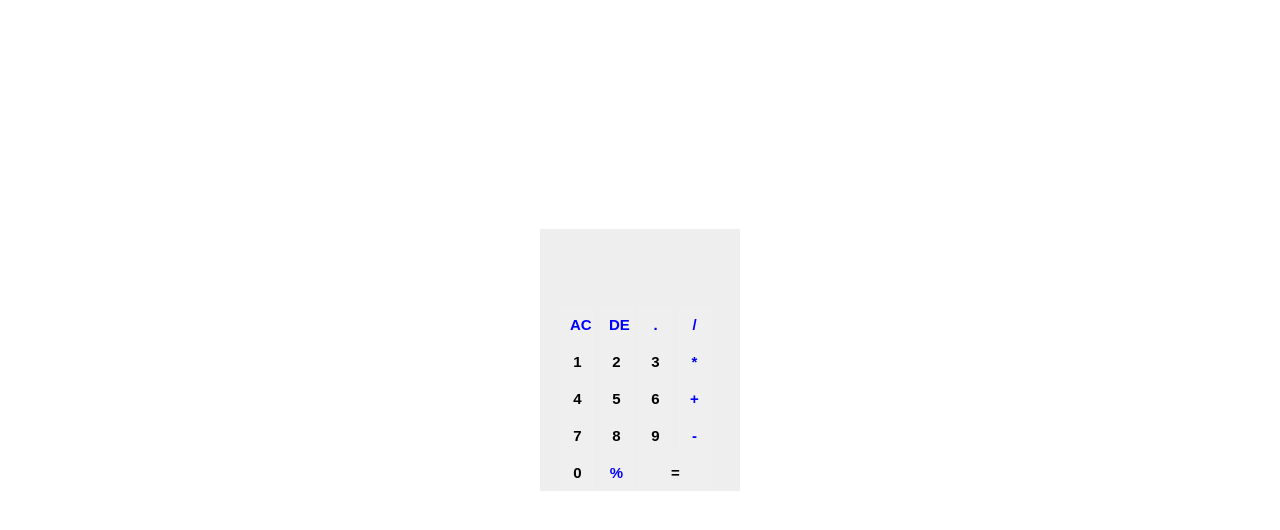
Repository: jerrys-arch/web-calculator
Page: index.html
The author's editor kept a copy of each file at every save. The page is drawn from the files as they stood at one save, then again after a run of saves.
The browser window is 1280 px wide. The pictures show the whole page.

Above is the page before, as saved 2024-11-30 05:33:05.

After the next 4 saves:
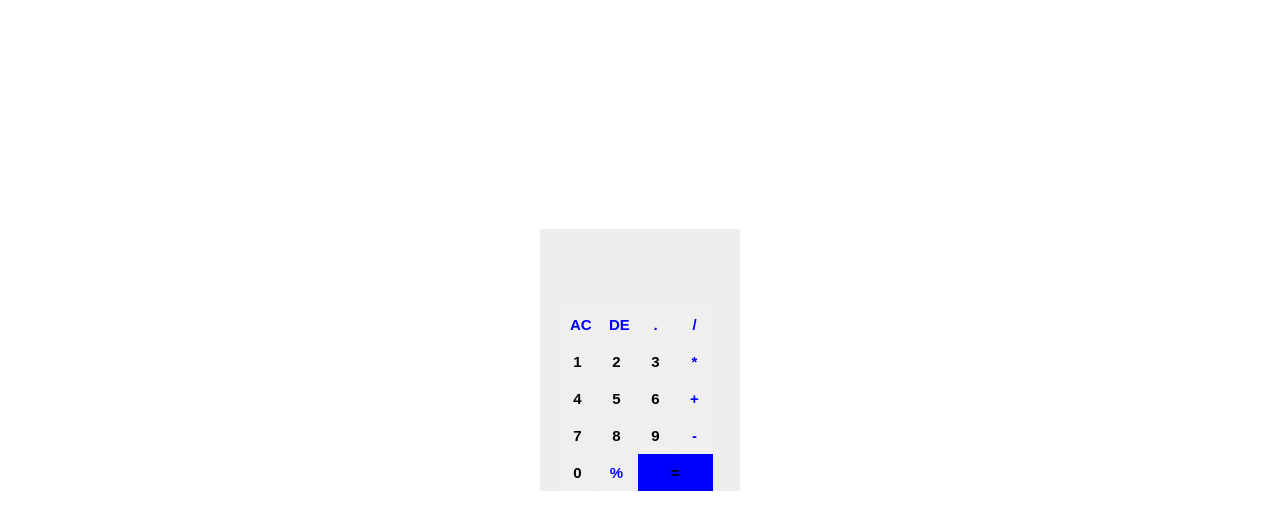
The 4 saves are shown as one change because they came seconds apart.
The last was saved 10 s later.
--- a/styles.css
+++ b/styles.css
@@ -34,7 +34,7 @@
 }
 .calculator form #equal{
     width:75px;
-
+    background: blue;
 }
 .operator{
     color:blue;
